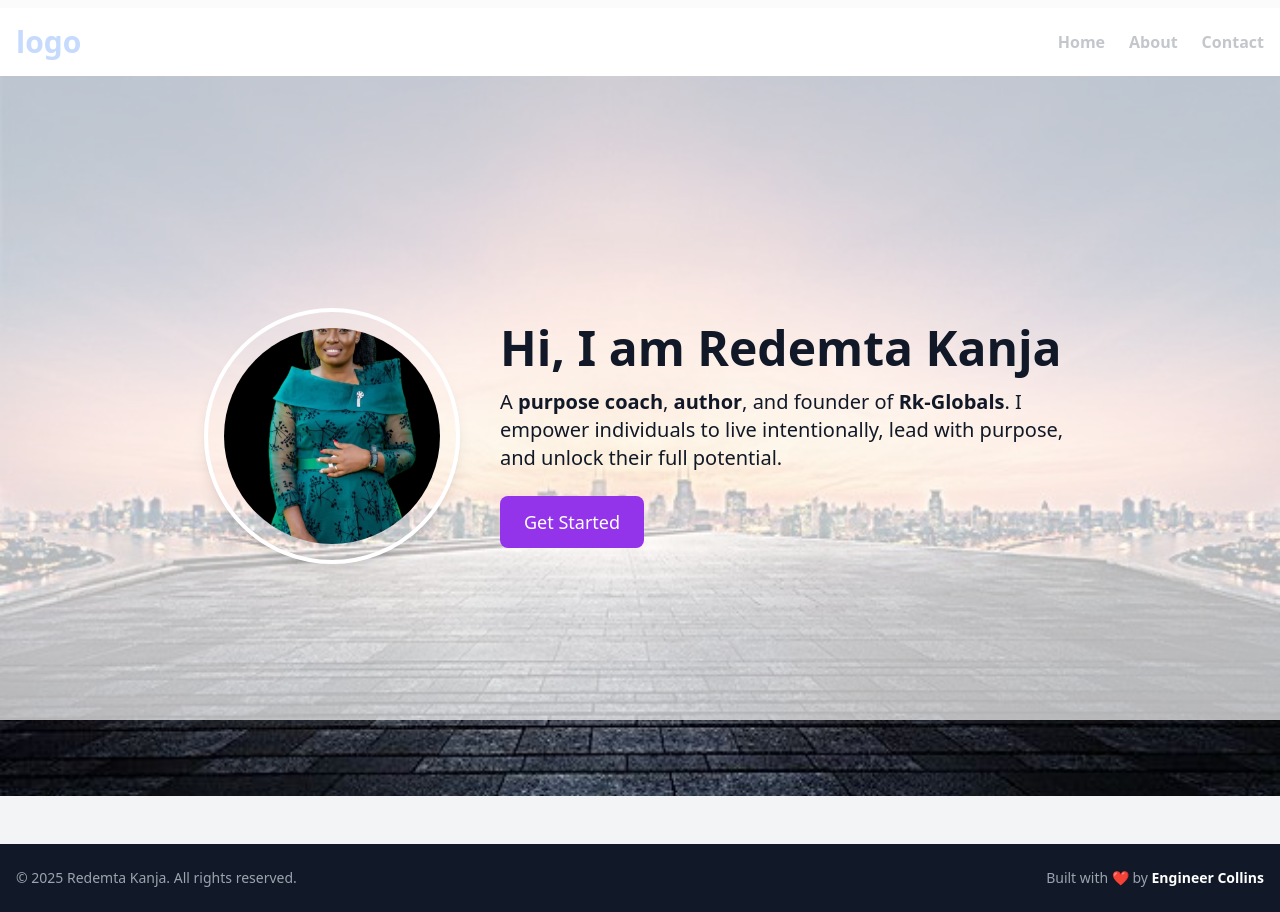
Repository: Engineer-collo/Redemta-Kanja-s-website
Page: /
The author's editor kept a copy of each file at every save. The page is drawn from the files as they stood at one save, then again after the next save.
The browser window is 1280 px wide. The pictures show the whole page.
The project was rebuilt for these pictures with package versions that can differ from the ones it lists, and the page was loaded fresh each time. Also part of the build but not shown: vite.config.js, src/pages/Home.jsx, src/pages/About.jsx, src/pages/Contact.jsx.

Above is the page before, as saved 2025-05-18 06:57:01.

### index.html
<!DOCTYPE html>
<html lang="en">
<head>
  <meta charset="UTF-8">
  <meta name="viewport" content="width=device-width, initial-scale=1.0">
  <title>React Vite Starter</title>
</head>
<body class="bg-gray-100">
  <div id="root"></div>
  <script type="module" src="/src/main.jsx"></script>
</body>
</html>

### src/main.jsx
import React from 'react'
import ReactDOM from 'react-dom/client'
import './index.css'
import App from './App'

ReactDOM.createRoot(document.getElementById('root')).render(
  <React.StrictMode>
    <App />
  </React.StrictMode>,
)

### src/App.jsx
import { BrowserRouter as Router, Route, Routes } from "react-router-dom";
import Home from "./pages/Home";
import About from "./pages/About";
import Contact from "./pages/Contact";
import Footer from "./components/Footer";
import Navbar from "./components/Navbar";
import LandingPage from "./pages/Landingpage";


function App() {
  return (
    <Router>
      <Navbar/>
      <Routes>
      <Route path="/" element={<LandingPage/>} />
        <Route path="/home" element={<Home/>} />
        <Route path="/about" element={<About />} />
        <Route path="/contact" element={<Contact />} />
      </Routes>
    <Footer/>
    </Router>
  );
}

export default App;

### src/components/Footer.jsx
const Footer = () => {
    return(
        <>
        <footer className="bg-gray-900 text-white py-6 mt-12">
  <div className="max-w-7xl mx-auto px-4 flex flex-col md:flex-row justify-between items-center space-y-4 md:space-y-0">
    <p className="text-sm text-gray-400">
      &copy; {new Date().getFullYear()} Redemta Kanja. All rights reserved.
    </p>
    <p className="text-sm text-gray-400">
      Built with ❤️ by <span className="text-white font-semibold">Engineer Collins</span>
    </p>


  </div>
</footer>

        </>
    )
}

export default Footer

### src/components/Navbar.jsx
import React, { useState } from 'react';
import { Link } from 'react-router-dom';

const Navbar = () => {
  const [isOpen, setIsOpen] = useState(false);

  const toggleMenu = () => setIsOpen(!isOpen);

  return (
    <header className=" mt-2 bg-white shadow-md">
      <div className="max-w-7xl mx-auto px-4 py-4 flex justify-between items-center">
        <h1 className="text-3xl font-bold text-gray-800"><Link to="/" className="hover:text-blue-500 text-gray-700 transition"><span className='text-blue-500'>logo</span></Link>
        </h1>

        {/* Desktop nav */}
        <nav className="space-x-6 hidden md:flex">
        <Link to="/" className="hover:text-blue-500 font-bold text-gray-700 transition">Home</Link>
          <Link to="/about" className="hover:text-blue-500 font-bold text-gray-700 transition">About</Link>
          <Link to="/contact" className="hover:text-blue-500 font-bold text-gray-700 transition">Contact</Link>
        </nav>

        {/* Mobile menu toggle */}
        <div className="md:hidden">
          <button onClick={toggleMenu} className="text-gray-700 focus:outline-none">
            <svg className="h-6 w-6" fill="none" stroke="currentColor" strokeWidth="2" viewBox="0 0 24 24">
              <path strokeLinecap="round" strokeLinejoin="round" d={isOpen ? 'M6 18L18 6M6 6l12 12' : 'M4 6h16M4 12h16M4 18h16'} />
            </svg>
          </button>
        </div>
      </div>

      {/* Mobile nav links */}
      {isOpen && (
        <nav className="md:hidden px-4 pb-4 space-y-2">
          <Link to="/about" className="block text-gray-700 font-bold hover:text-blue-500">About</Link>
          <Link to="/contact" className="block text-gray-700 font-bold hover:text-blue-500">Contact</Link>
        </nav>
      )}
    </header>
  );
};

export default Navbar;

### src/pages/Landingpage.jsx
import React from 'react';
import { useNavigate } from 'react-router-dom';

const LandingPage = () => {
  const navigate = useNavigate();

  const handleGetStarted = () => {
    navigate('/home');
  };

  return (
    <div className="min-h-screen flex flex-col md:flex-row items-center justify-center text-gray-900 px-6 py-10 bg-cover bg-center bg-[url('/city-bg.png')]">

      {/* Overlay (optional for readability) */}
      <div className="absolute inset-0 bg-white bg-opacity-70 z-0" />

      <div className="relative z-10 flex flex-col md:flex-row items-center justify-center">
        {/* Image */}
        <div className="mb-8 md:mb-0 md:mr-10">
          <img
            src="/redemta-pic.png"
            alt="Redem-ta Kanja"
            className="w-64 h-64 object-cover p-4 rounded-full shadow-lg border-4 border-white"
          />
        </div>

        {/* Text */}
        <div className="text-center md:text-left max-w-xl">
          <h1 className="text-4xl md:text-5xl font-bold mb-4">Hi, I am Redemta Kanja</h1>
          <p className="text-lg md:text-xl mb-6">
            A <strong>purpose coach</strong>, <strong>author</strong>, and founder of <strong>Rk-Globals</strong>.
            I empower individuals to live intentionally, lead with purpose, and unlock their full potential.
          </p>
          <button
            onClick={handleGetStarted}
            className="bg-purple-600 text-white px-6 py-3 rounded-lg text-lg hover:bg-purple-700 transition"
          >
            Get Started
          </button>
        </div>
      </div>
    </div>
  );
};

export default LandingPage;

Loaded but not shown: src/index.css (common file); tailwind.config.js (common file)

After the next save:
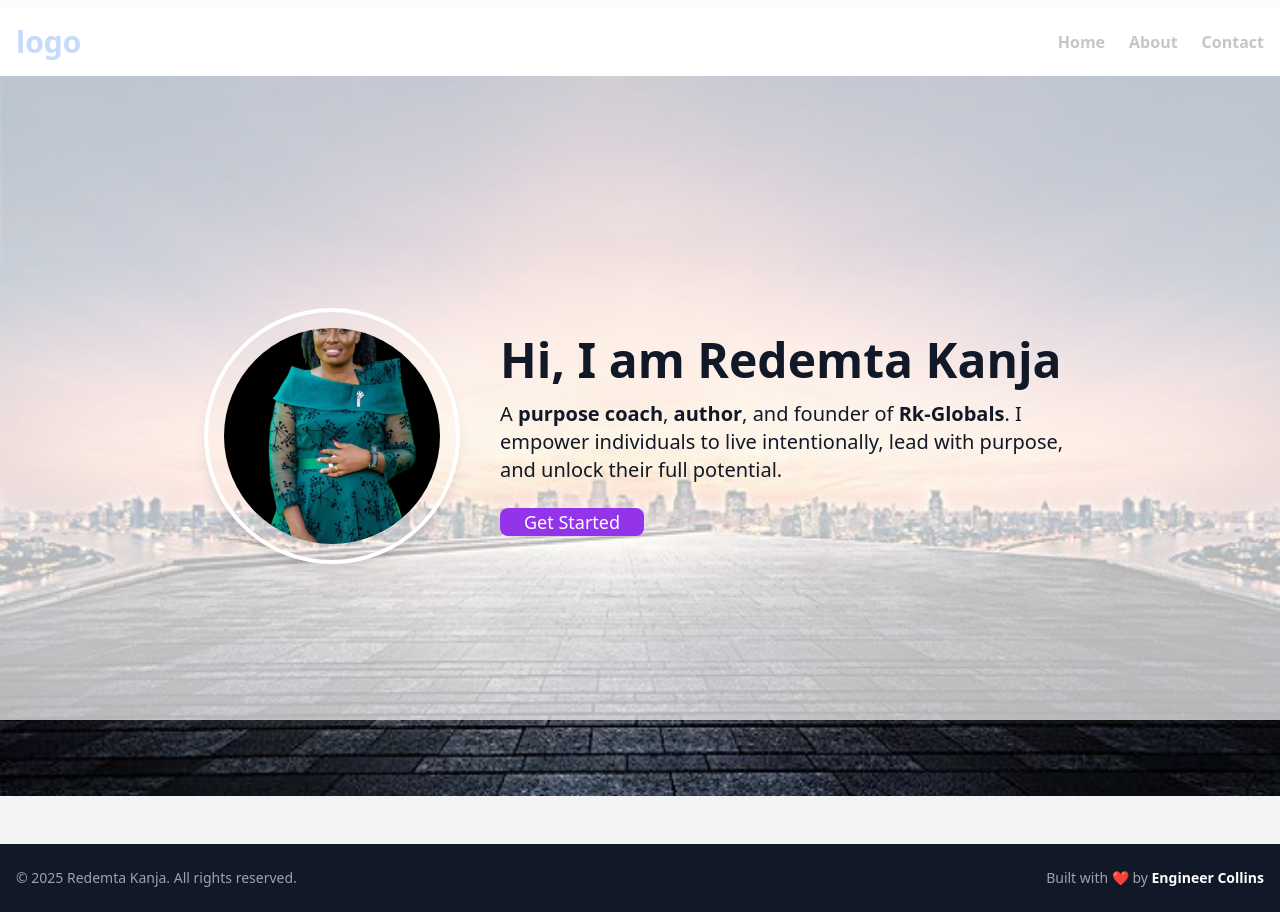
Saved 6 s later.
--- a/src/pages/Landingpage.jsx
+++ b/src/pages/Landingpage.jsx
@@ -33,7 +33,7 @@ const LandingPage = () => {
           </p>
           <button
             onClick={handleGetStarted}
-            className="bg-purple-600 text-white px-6 py-3 rounded-lg text-lg hover:bg-purple-700 transition"
+            className="bg-purple-600 text-white px-6 py- rounded-lg text-lg hover:bg-purple-700 transition"
           >
             Get Started
           </button>
